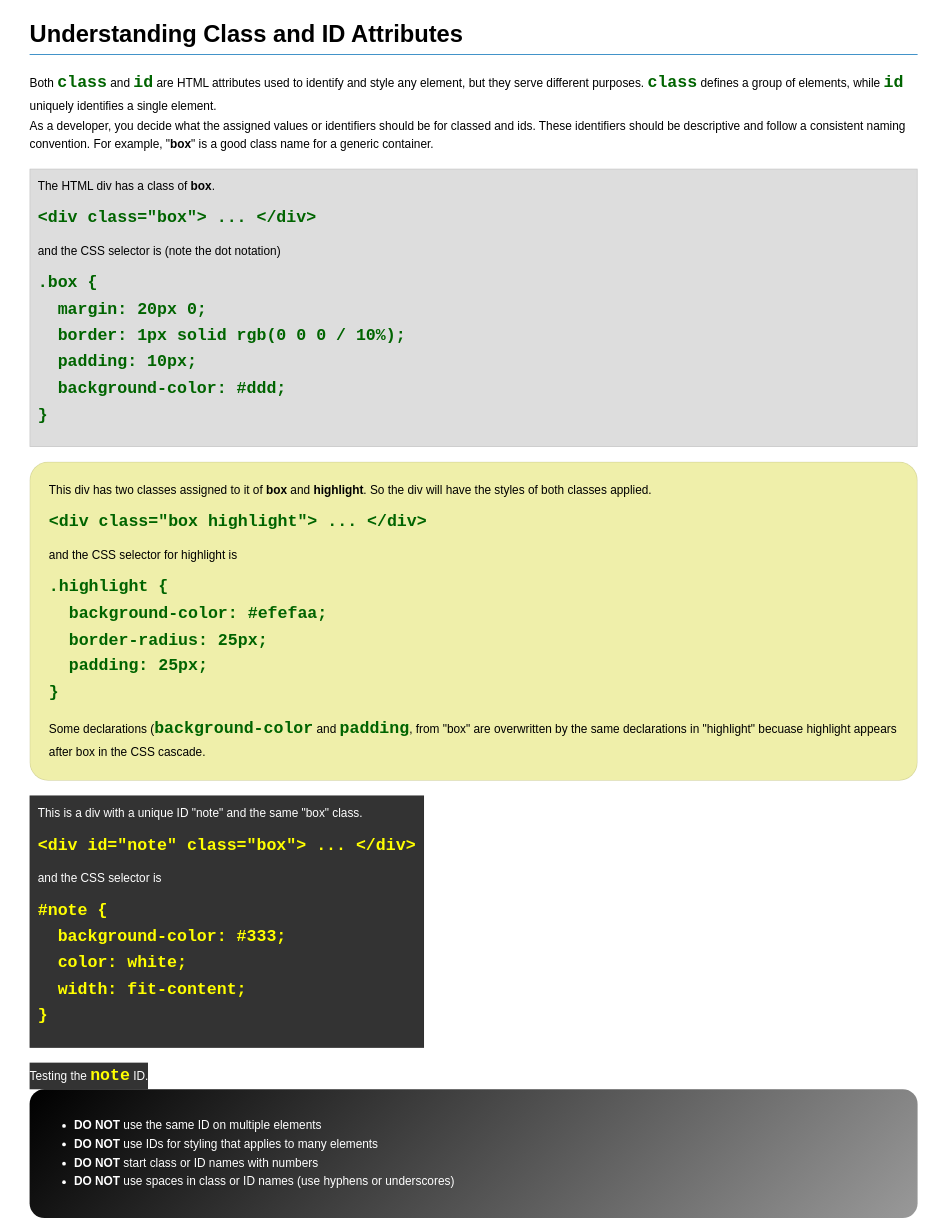
Repository: NoblesNigeria/wdd130
Page: week03/class-and-id.html
The author's editor kept a copy of each file at every save. The page is drawn from the files as they stood at one save, then again after a run of saves.
The browser window is 1280 px wide. The pictures show the whole page, at 74% of full size.

Above is the page before, as saved 2025-09-08 21:49:09.

After the next 2 saves:
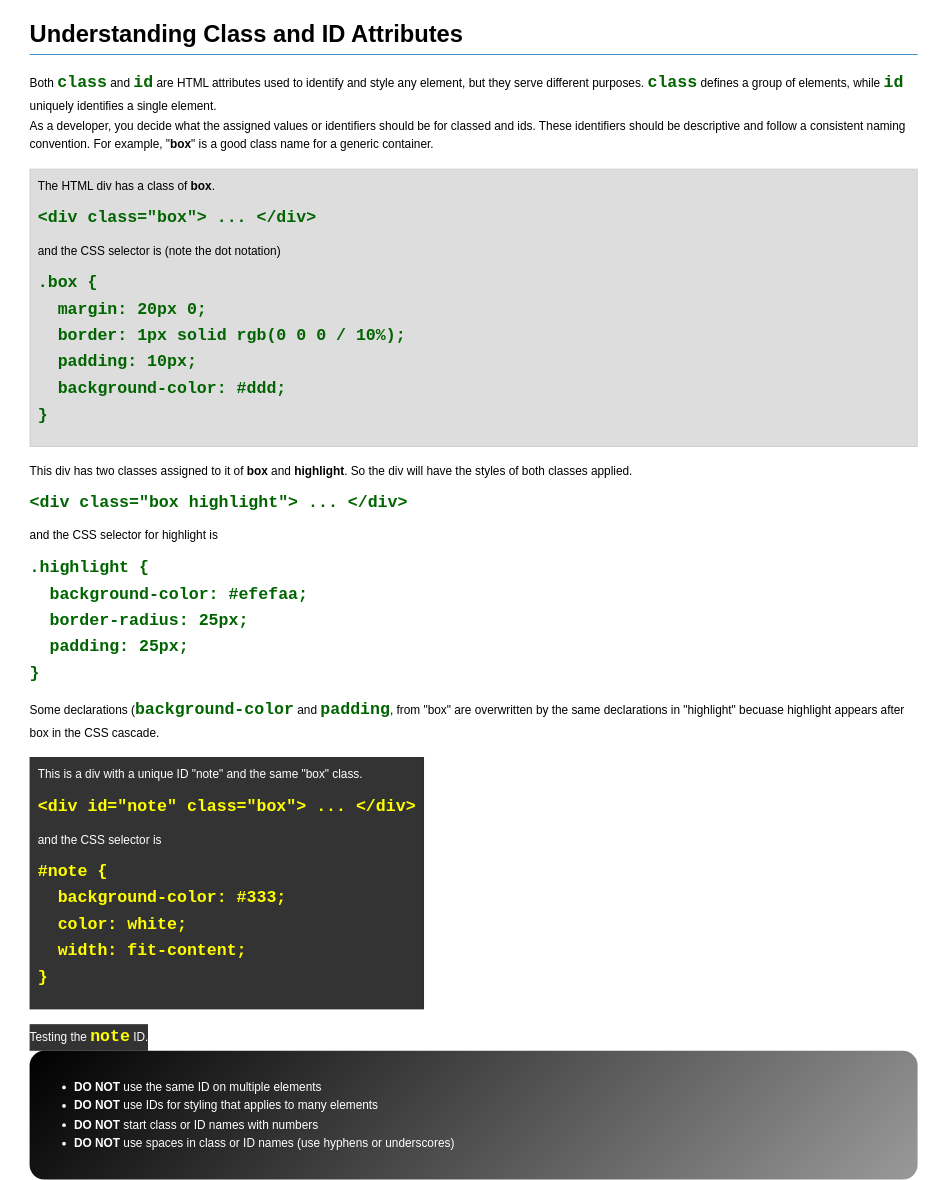
The 2 saves are shown as one change because they came seconds apart.
The last was saved 2 min 41 s later.
--- a/week03/class-and-id.html
+++ b/week03/class-and-id.html
@@ -29,7 +29,7 @@
 }</code></pre>
     </div>
 
-    <div class="box highlight">
+    <div="box highlight">
         <p>This div has two classes assigned to it of <strong>box</strong> and <strong>highlight</strong>. So the div
             will have the styles of both classes applied.</p>
         <pre><code class="html">&lt;div class="box highlight"&gt; ... &lt;/div&gt;</code></pre>
@@ -41,31 +41,31 @@
 }</code></pre>
         <p>Some declarations (<code>background-color</code> and <code>padding</code>, from "box" are overwritten by the
             same declarations in "highlight" becuase highlight appears after box in the CSS cascade.</p>
-    </div>
+        </div=>
 
-    <div id="note" class="box">
-        <p>This is a div with a unique ID "note" and the same "box" class.</p>
-        <pre><code class="html">&lt;div id="note" class="box"&gt; ... &lt;/div&gt;</code></pre>
-        and the CSS selector is
-        <pre><code class="css">#note {
+        <div id="note" class="box">
+            <p>This is a div with a unique ID "note" and the same "box" class.</p>
+            <pre><code class="html">&lt;div id="note" class="box"&gt; ... &lt;/div&gt;</code></pre>
+            and the CSS selector is
+            <pre><code class="css">#note {
   background-color: #333;
   color: white;
   width: fit-content;
 }</code></pre>
-    </div>
+        </div>
 
-    <div id="note">
-        <p>Testing the <code>note</code> ID.</p>
-    </div>
+        <div id="note">
+            <p>Testing the <code>note</code> ID.</p>
+        </div>
 
-    <section id="best-practice">
-        <ul>
-            <li><strong>DO NOT</strong> use the same ID on multiple elements</li>
-            <li><strong>DO NOT</strong> use IDs for styling that applies to many elements</li>
-            <li><strong>DO NOT</strong> start class or ID names with numbers</li>
-            <li><strong>DO NOT</strong> use spaces in class or ID names (use hyphens or underscores)</li>
-        </ul>
-    </section>
+        <section id="best-practice">
+            <ul>
+                <li><strong>DO NOT</strong> use the same ID on multiple elements</li>
+                <li><strong>DO NOT</strong> use IDs for styling that applies to many elements</li>
+                <li><strong>DO NOT</strong> start class or ID names with numbers</li>
+                <li><strong>DO NOT</strong> use spaces in class or ID names (use hyphens or underscores)</li>
+            </ul>
+        </section>
 
 
 

After the save that followed:
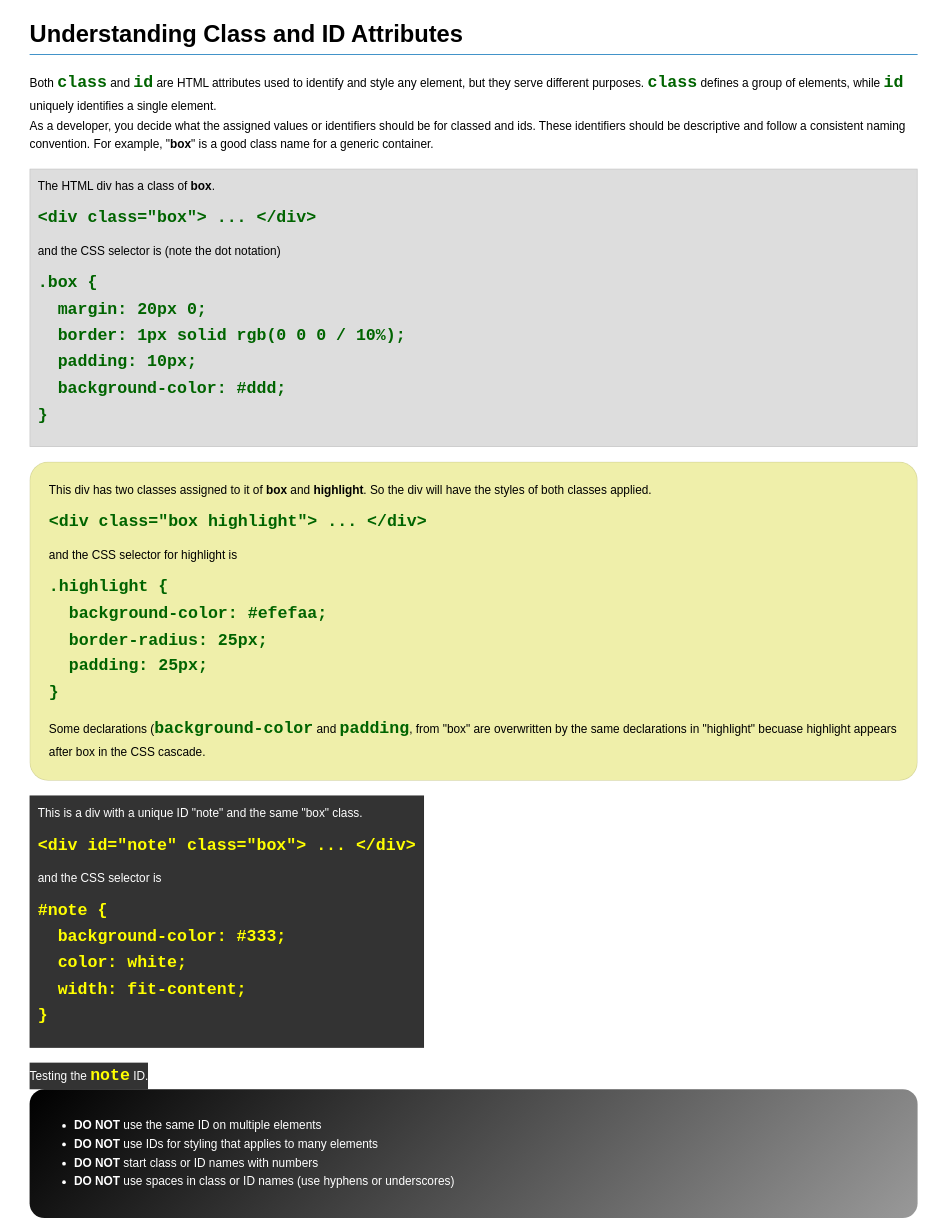
Saved 116 s later.
--- a/week03/class-and-id.html
+++ b/week03/class-and-id.html
@@ -29,7 +29,7 @@
 }</code></pre>
     </div>
 
-    <div="box highlight">
+    <div class="box highlight">
         <p>This div has two classes assigned to it of <strong>box</strong> and <strong>highlight</strong>. So the div
             will have the styles of both classes applied.</p>
         <pre><code class="html">&lt;div class="box highlight"&gt; ... &lt;/div&gt;</code></pre>
@@ -41,31 +41,31 @@
 }</code></pre>
         <p>Some declarations (<code>background-color</code> and <code>padding</code>, from "box" are overwritten by the
             same declarations in "highlight" becuase highlight appears after box in the CSS cascade.</p>
-        </div=>
+    </div>
 
-        <div id="note" class="box">
-            <p>This is a div with a unique ID "note" and the same "box" class.</p>
-            <pre><code class="html">&lt;div id="note" class="box"&gt; ... &lt;/div&gt;</code></pre>
-            and the CSS selector is
-            <pre><code class="css">#note {
+    <div id="note" class="box">
+        <p>This is a div with a unique ID "note" and the same "box" class.</p>
+        <pre><code class="html">&lt;div id="note" class="box"&gt; ... &lt;/div&gt;</code></pre>
+        and the CSS selector is
+        <pre><code class="css">#note {
   background-color: #333;
   color: white;
   width: fit-content;
 }</code></pre>
-        </div>
+    </div>
 
-        <div id="note">
-            <p>Testing the <code>note</code> ID.</p>
-        </div>
+    <div id="note">
+        <p>Testing the <code>note</code> ID.</p>
+    </div>
 
-        <section id="best-practice">
-            <ul>
-                <li><strong>DO NOT</strong> use the same ID on multiple elements</li>
-                <li><strong>DO NOT</strong> use IDs for styling that applies to many elements</li>
-                <li><strong>DO NOT</strong> start class or ID names with numbers</li>
-                <li><strong>DO NOT</strong> use spaces in class or ID names (use hyphens or underscores)</li>
-            </ul>
-        </section>
+    <section id="best-practice">
+        <ul>
+            <li><strong>DO NOT</strong> use the same ID on multiple elements</li>
+            <li><strong>DO NOT</strong> use IDs for styling that applies to many elements</li>
+            <li><strong>DO NOT</strong> start class or ID names with numbers</li>
+            <li><strong>DO NOT</strong> use spaces in class or ID names (use hyphens or underscores)</li>
+        </ul>
+    </section>
 
 
 
